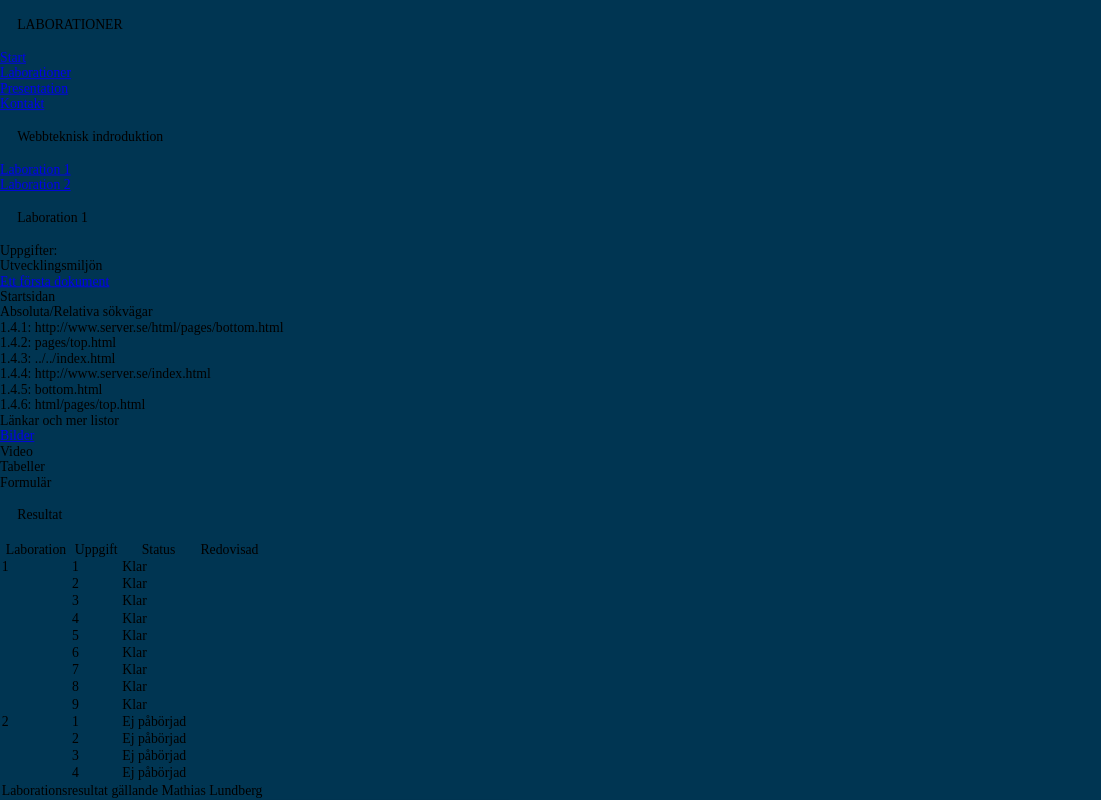
Repository: ml223nw/1ik415-laborationer
Page: pages/laborationer.html
The author's editor kept a record of every edit. The page is drawn from the files as they stood at one moment, then again after the next edit.
The browser window is 1280 px wide. The pictures show the whole page, at 86% of full size.

Above is the page before.

### pages/laborationer.html
<!DOCTYPE html>
<html lang="sv">
    <head>
        <meta charset="utf-8">
        <title>Laborationer - Mathias portal</title>
        <link rel="stylesheet" href="css/style.css"/>
    </head>
    <body>

        <h1>LABORATIONER</h1>

            <ul>
                <li><a href="../index.html">Start</a></li>
                <li><a href="laborationer.html">Laborationer</a></li>
                <li><a href="presentation.html">Presentation</a></li>
                <li><a href="kontakt.html">Kontakt</a></li>
            </ul>

        <h2>Webbteknisk indroduktion</h2>

            <ul>
        <li><a href="http://coursepress.lnu.se/kurs/webbteknisk-introduktion/laborationer/l01-struktur-och-innehall/">Laboration 1</a></li>
            <li><a href="https://coursepress.lnu.se/kurs/webbteknisk-introduktion/laborationer/l02-en-stiligare-portal/">Laboration 2</a></li>
    </ul>

        <h2>Laboration 1</h2>

        <p>Uppgifter:</p>

    <ol>
      <li>Utvecklingsmiljön</li>
      <li><a href="../pages/presentation.html#jag">Ett första dokument</a></li>
      <li>Startsidan</li>

      <li>Absoluta/Relativa sökvägar
        <ul>
          <li>1.4.1: http://www.server.se/html/pages/bottom.html</li>
        </ul>
      </li>

      <ul>
        <li>1.4.2: pages/top.html</li>
      </ul>

      <ul>
        <li>1.4.3: ../../index.html</li>
      </ul>

      <ul>
        <li>1.4.4: http://www.server.se/index.html</li>
      </ul>

      <ul>
        <li>1.4.5: bottom.html</li>
      </ul>

      <ul>
        <li>1.4.6: html/pages/top.html</li>
      </ul>


      <li>Länkar och mer listor</li>
      <li><a href="../index.html#svg">Bilder</a></li>
      <li>Video</li>
      <li>Tabeller</li>
      <li>Formulär</li>

    </ol>


          <h3>Resultat</h3>
  <table border='1'>
    <thead>
      <tr>
        <th>Laboration</th>
        <th>Uppgift</th>
        <th>Status</th>
        <th>Redovisad</th>
      </tr>
    </thead>
    <tbody>
      <tr>
      <td rowspan="9">1</td>
        <td>1</td>
        <td>Klar</td>
        <td></td>
      </tr>

          <tr>
            <td>2</td>
            <td>Klar</td>
            <td></td>
          </tr>

          <tr>
            <td>3</td>
            <td>Klar</td>
            <td></td>
          </tr>

          <tr>
            <td>4</td>
            <td>Klar</td>
            <td></td>
          </tr>

          <tr>
            <td>5</td>
            <td>Klar</td>
            <td></td>
          </tr>

          <tr>
            <td>6</td>
            <td>Klar</td>
            <td></td>
          </tr>

          <tr>
            <td>7</td>
            <td>Klar</td>
            <td></td>
          </tr>

          <tr>
            <td>8</td>
            <td>Klar</td>
            <td></td>
          </tr>

          <tr>
            <td>9</td>
            <td>Klar</td>
            <td></td>
          </tr>

          <tr>
          <td rowspan="4">2</td>
            <td>1</td>
            <td>Ej påbörjad</td>
            <td></td>
          </tr>

          <tr>
            <td>2</td>
            <td>Ej påbörjad</td>
            <td></td>
          </tr>

          <tr>
            <td>3</td>
            <td>Ej påbörjad</td>
            <td></td>
          </tr>

          <tr>
            <td>4</td>
            <td>Ej påbörjad</td>
            <td></td>
          </tr>
          </tbody>
      <tfoot>
      <tr>
          <td colspan="4">Laborationsresultat gällande Mathias Lundberg</td>
      </tr>
      </tfoot>
  </table>


        </body>
</html>

### css/style.css
/* http://meyerweb.com/eric/tools/css/reset/
   v2.0 | 20110126
   License: none (public domain)
*/

html, body, div, span, applet, object, iframe,
h1, h2, h3, h4, h5, h6, p, blockquote, pre,
a, abbr, acronym, address, big, cite, code,
del, dfn, em, img, ins, kbd, q, s, samp,
small, strike, strong, sub, sup, tt, var,
b, u, i, center,
dl, dt, dd, ol, ul, li,
fieldset, form, label, legend,
table, caption, tbody, tfoot, thead, tr, th, td,
article, aside, canvas, details, embed,
figure, figcaption, footer, header, hgroup,
menu, nav, output, ruby, section, summary,
time, mark, audio, video {
	margin: 0;
	padding: 0;
	border: 0;
	font-size: 100%;
	font: inherit;
	vertical-align: baseline;
}

body {
		background-color:#003552;
}

/* HTML5 display-role reset for older browsers */
article, aside, details, figcaption, figure,
footer, header, hgroup, menu, nav, section

#container {
    width:1024px;
    margin-left:auto;
    margin-right:auto;
    color:#004a74;
    background-color:#76c8c3;
	}
#header {
	background-color:#003552;
	background-image: url('../pics/logoTop.png');
	background-position: center;
	background-repeat: no-repeat;
	text-align:center;
	height:237px;
    }
#navigation {
	float:left;
	background-color:#76c8c3;
	width:190px;
	margin-top:5px;
	margin-right:10px;
	margin-left:10px;
	}

#content {
	float:left;
	background-color:#76c8c3;
	width:950px;
	font-family:Georgia, serif;
	margin-top:5px;
	margin-bottom:5px;
	}

#navigation ul {
    margin:20px;
    padding:0;
    list-style:none;
	}

#content p, h1, h2, h3, video, img {
    margin:20px;

	}

After the next edit:
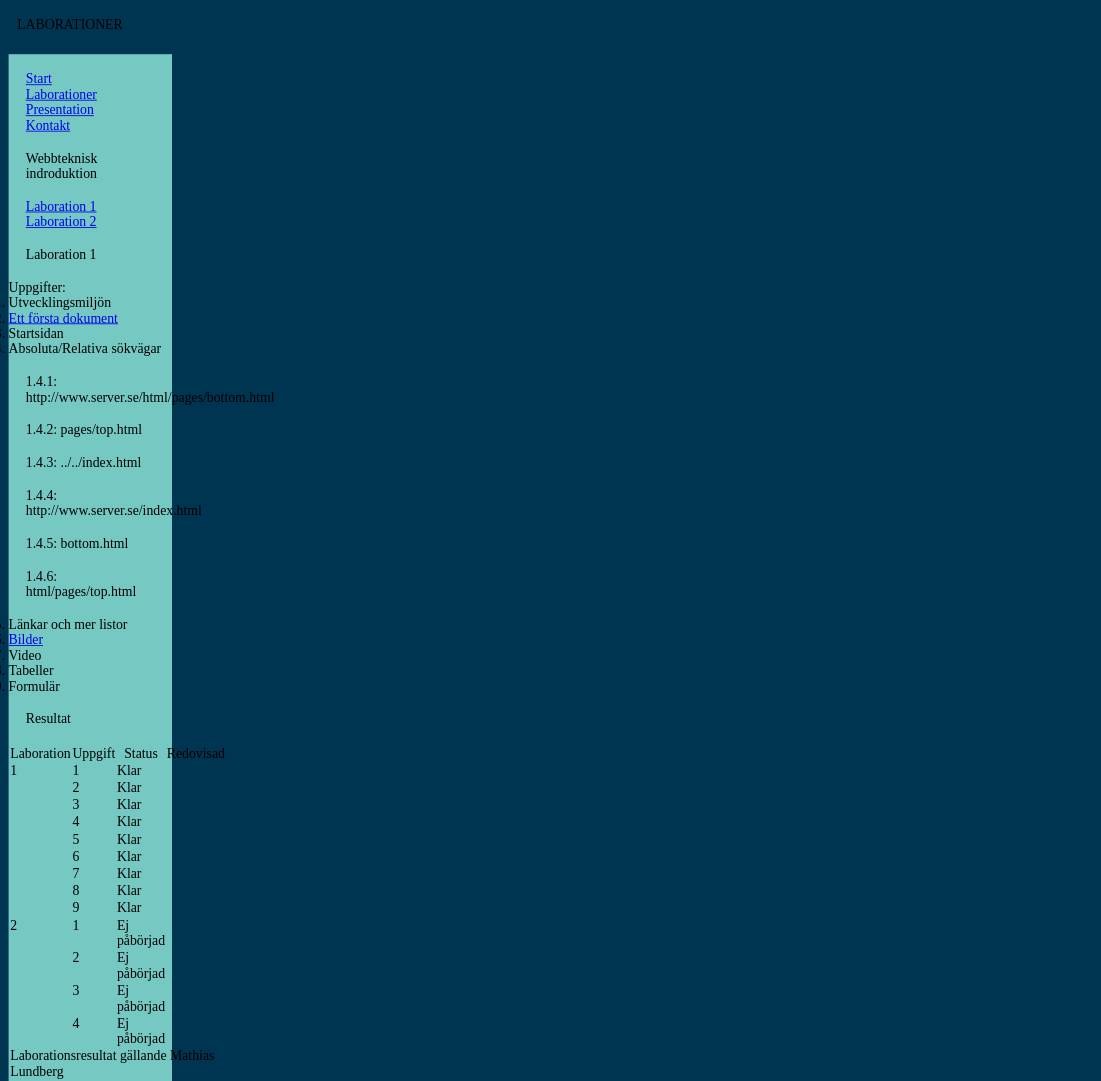
The edit:
--- a/pages/laborationer.html
+++ b/pages/laborationer.html
@@ -8,7 +8,7 @@
     <body>
 
         <h1>LABORATIONER</h1>
-
+        <div id='navigation'>
             <ul>
                 <li><a href="../index.html">Start</a></li>
                 <li><a href="laborationer.html">Laborationer</a></li>
